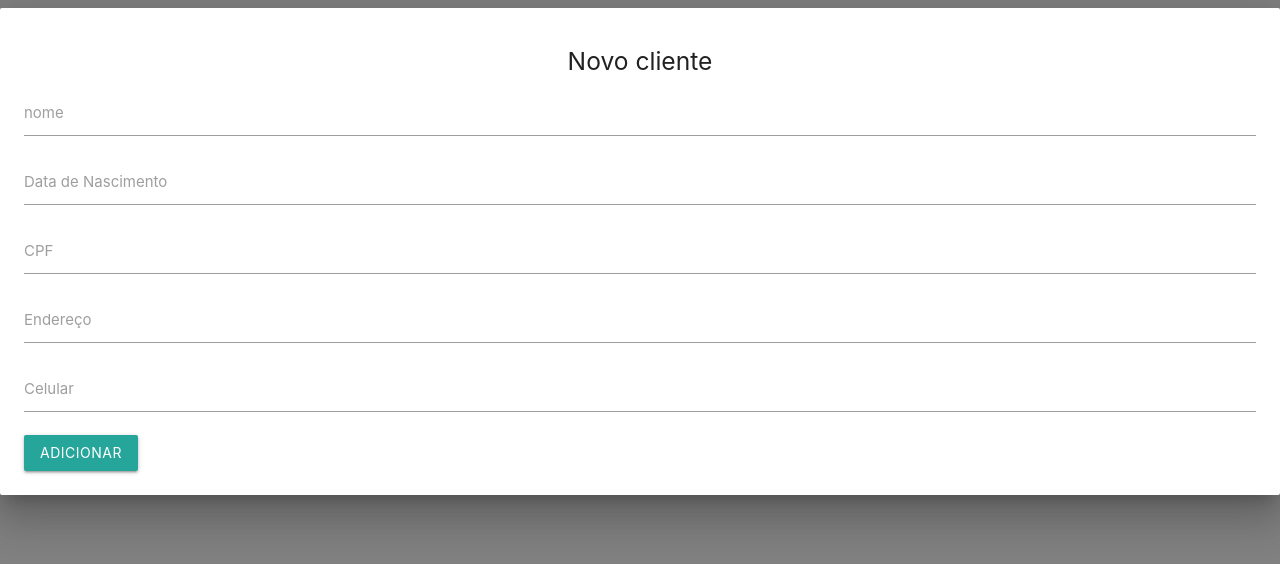
Repository: luizasilveira/TechWeb
Page: Projeto1/techWebP1/WebContent/add.html
An editor plug-in stored every save of this project. The page is shown before and after the next save, followed by the edit.
The browser window is 1280 px wide. The pictures show the whole page.

Above is the page before, as saved 2019-09-08 19:40:07.

After the next save:
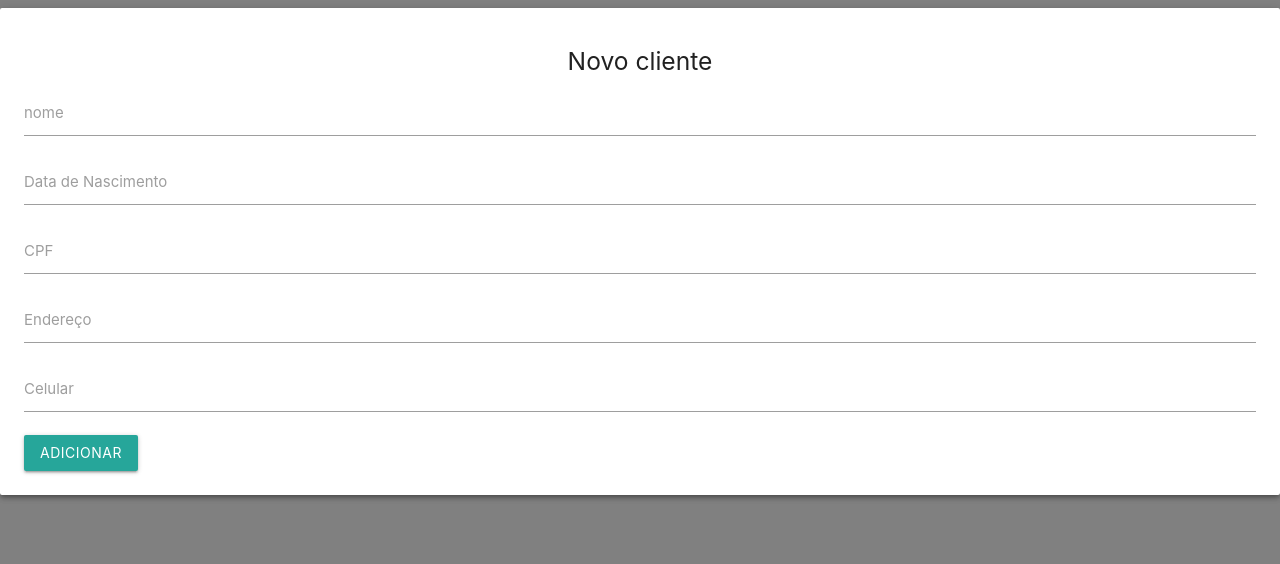
Saved 31 s later.
--- a/Projeto1/techWebP1/WebContent/add.html
+++ b/Projeto1/techWebP1/WebContent/add.html
@@ -21,7 +21,7 @@
 
 <body>
 	<form action="./AddClients" method="post" class="col s6">
-		<div class="card-panel z-depth-5">
+		<div class="card-panel z-depth-2">
                   <h5 class="center">Novo cliente</h5>
                   <!--<p class="center">Join to our community now !</p>-->
                    <div class="input-field">

After the save that followed:
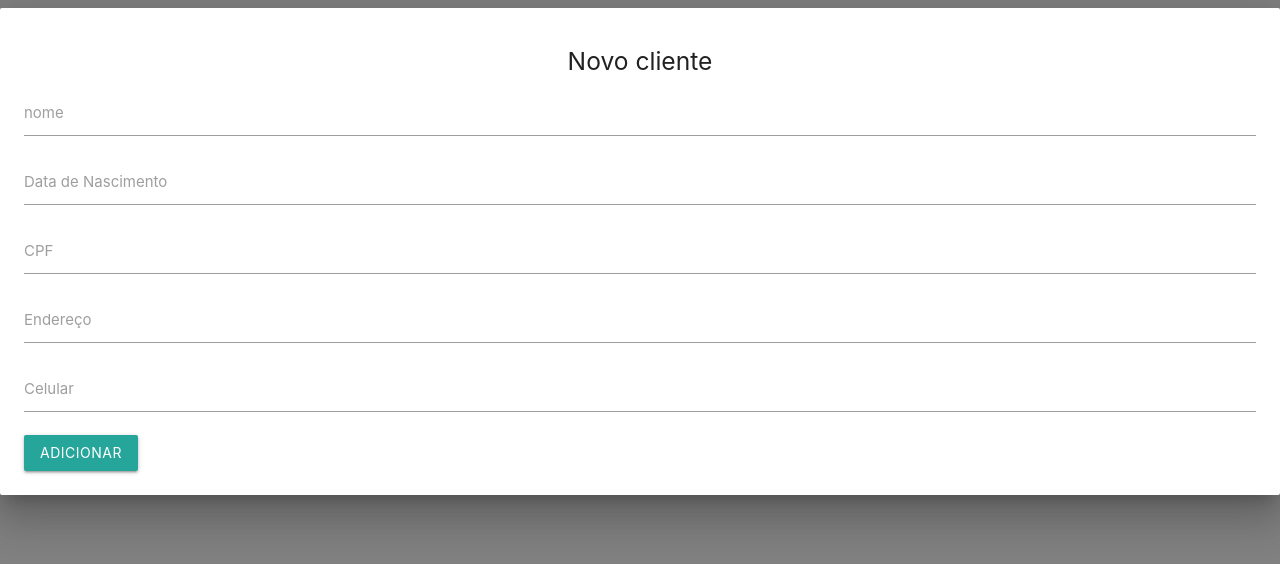
Saved 8 s later.
--- a/Projeto1/techWebP1/WebContent/add.html
+++ b/Projeto1/techWebP1/WebContent/add.html
@@ -21,7 +21,7 @@
 
 <body>
 	<form action="./AddClients" method="post" class="col s6">
-		<div class="card-panel z-depth-2">
+		<div class="card-panel z-depth-5">
                   <h5 class="center">Novo cliente</h5>
                   <!--<p class="center">Join to our community now !</p>-->
                    <div class="input-field">
